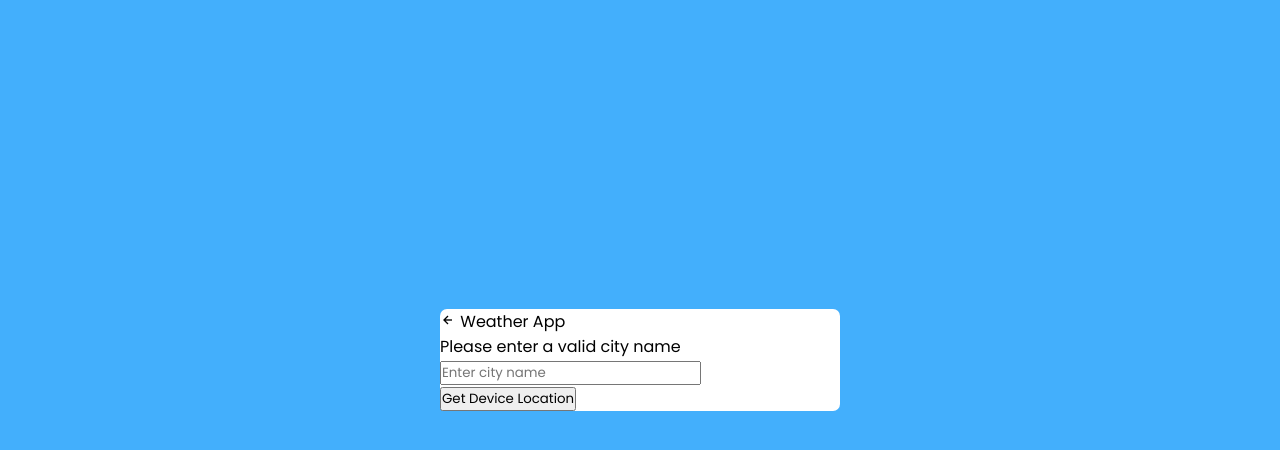
Repository: long13820/Weather-App-HTML-CSS-Javascript
Page: index.html
An editor plug-in stored every save of this project. The page is shown before and after a run of saves, followed by the edit.
The browser window is 1280 px wide. The pictures show the whole page.

Above is the page before, as saved 2021-09-01 23:09:59.

After the next 5 saves:
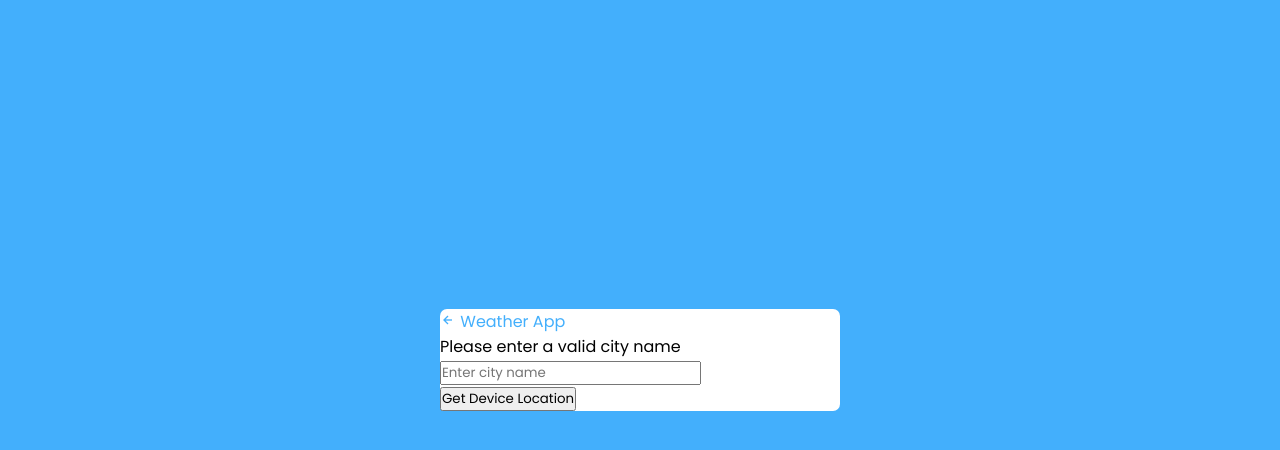
The 5 saves are shown as one change because they came seconds apart.
The last was saved 16 min 10 s later.
--- a/style.css
+++ b/style.css
@@ -18,3 +18,6 @@ body{
     border-radius: 7px;
     background: white;
 }
+.wrapper header{
+    color: #43AFFC;
+}
